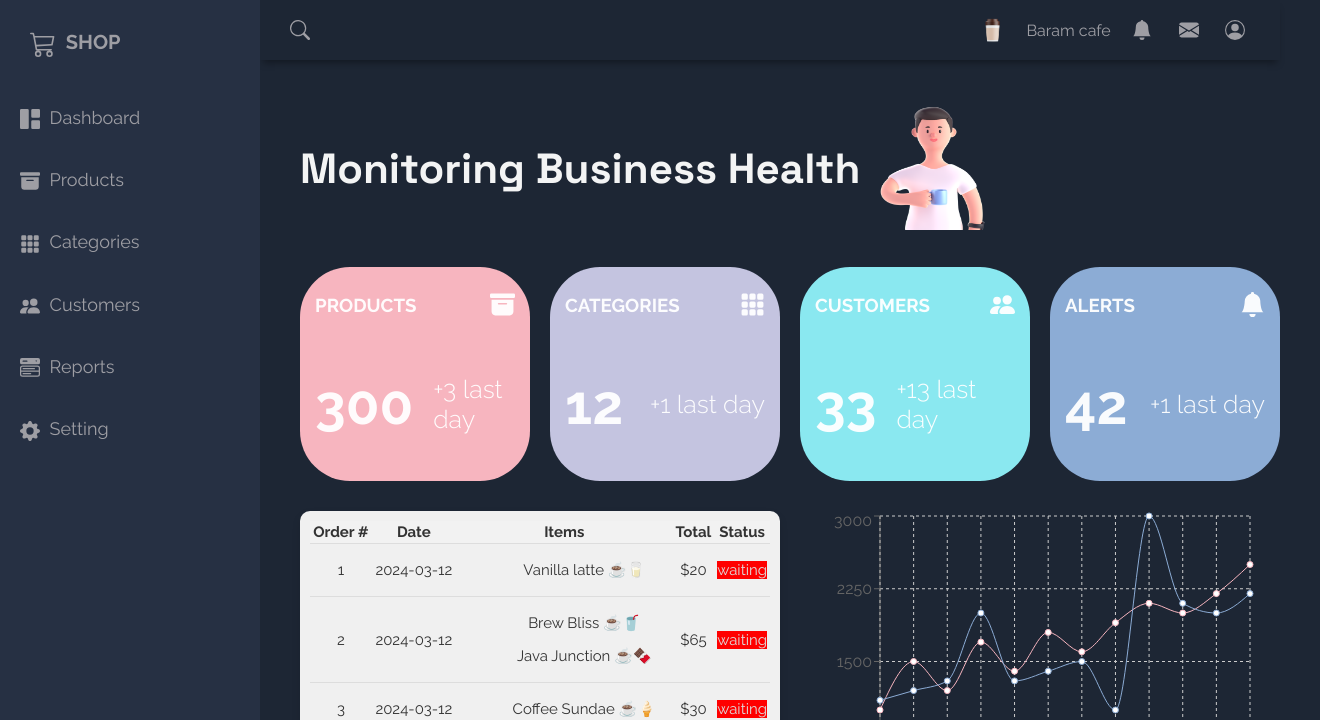
Repository: ffferncake/monitoring-business-health
Page: /
These files come from the project's save history. The page is drawn as it stood at one moment and after the next save; the edit follows.
The browser window is 1280 px wide. The page is 1320 px wide, so the pictures cover 1320 px, including what lies to the right of the window. The pictures show the whole page.
An inner scrolling area shows only its first screen. The project was rebuilt for these pictures with package versions that can differ from the ones it lists, and the page was loaded fresh each time. Also part of the build but not shown: vite.config.js.

Above is the page before, as saved 2024-03-13 16:16:40.

After the next save:
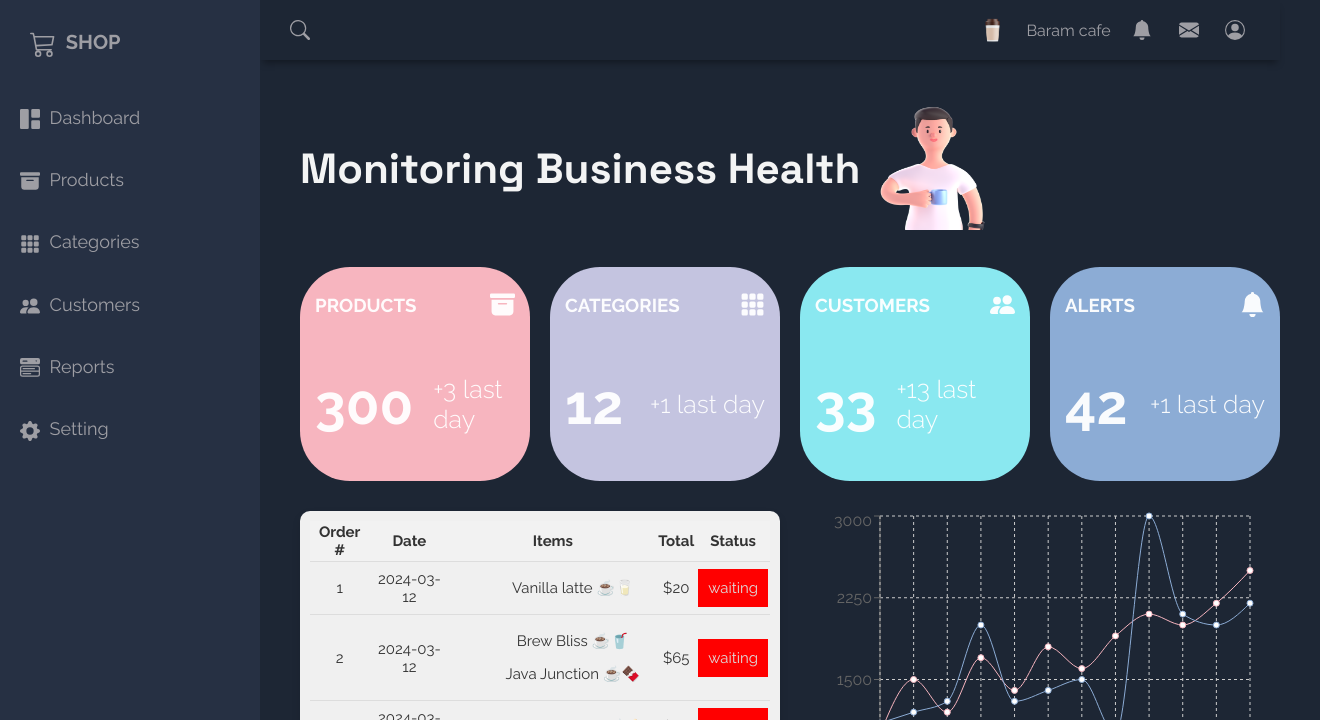
Saved 35 s later.
--- a/src/OrderCard.css
+++ b/src/OrderCard.css
@@ -30,7 +30,7 @@ th {
   /* border-radius: 10px; */
   font-size: 15px;
   color: #ddd;
-  background-size:10em
+  padding: 10px;
 }
 
 .status-done {
